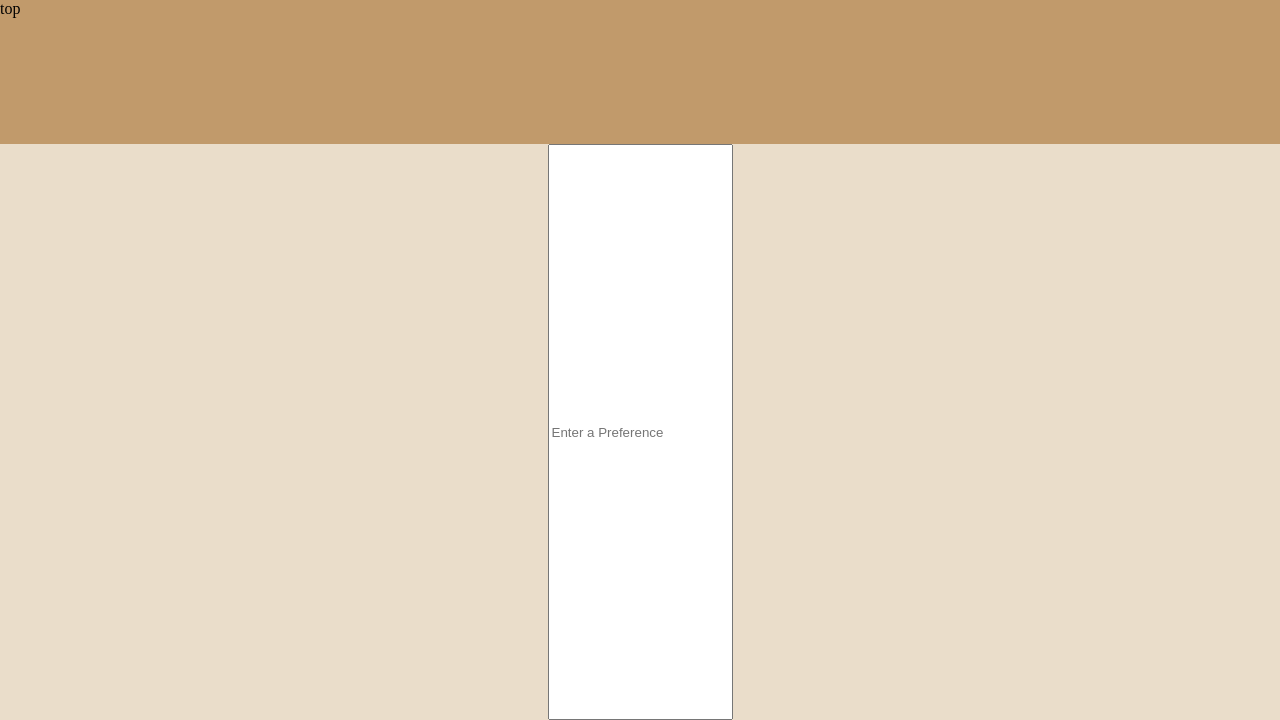
Repository: joshliu14/Travel-Mug
Page: /search
These files come from the project's save history. The page is drawn as it stood at one moment and after the next save; the edit follows.
The browser window is 1280 px wide. The pictures show the whole page.
The project was rebuilt for these pictures with package versions that can differ from the ones it lists, and the page was loaded fresh each time.

Above is the page before, as saved 2024-01-02 12:05:18.

After the next save:
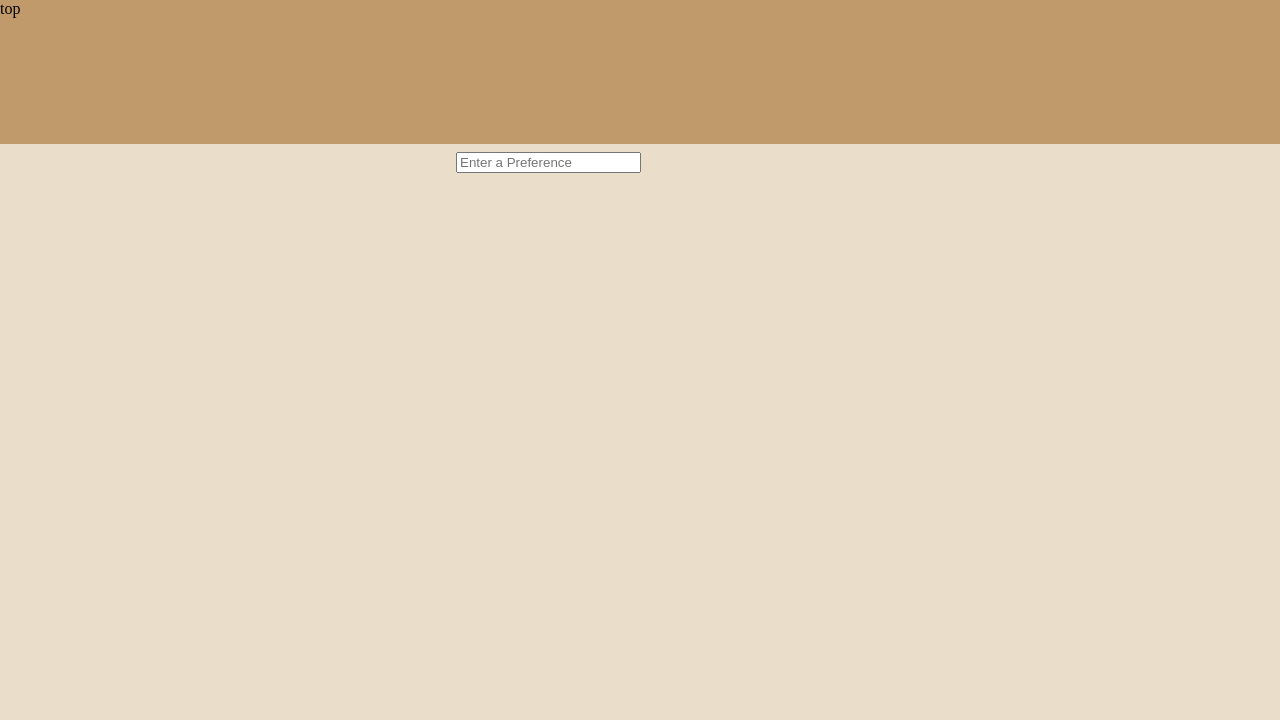
Saved 39 s later.
--- a/src/Home.js
+++ b/src/Home.js
@@ -7,7 +7,9 @@ class Search extends React.Component {
       <div>
         <div className="top">top</div>
         <div className="bottom">
-          <input className="search-bar" placeholder="Enter a Preference" />
+          <div className="search-bar-container">
+            <input className="search-bar" placeholder="Enter a Preference" />
+          </div>
         </div>
       </div>
     );
